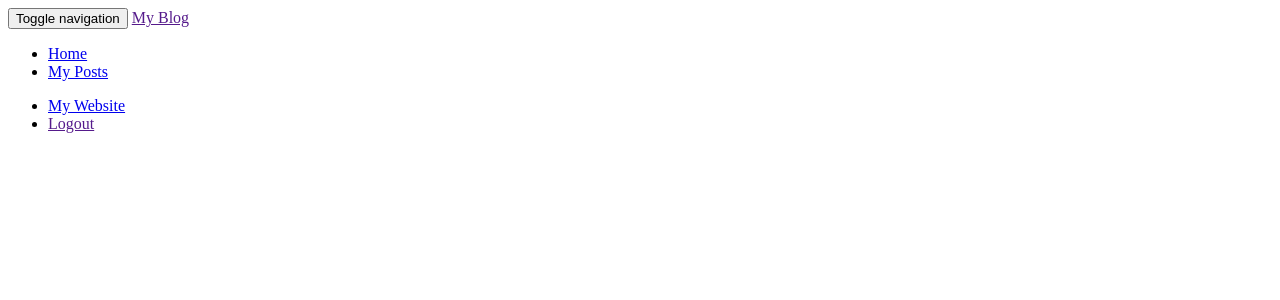
Repository: AnnieFisher/blog
Page: BlogMVC/WebContent/nav.html
An editor plug-in stored every save of this project. The page is shown before and after the next save, followed by the edit.
The browser window is 1280 px wide. The pictures show the whole page.

Above is the page before, as saved 2016-12-21 03:15:05.

After the next save:
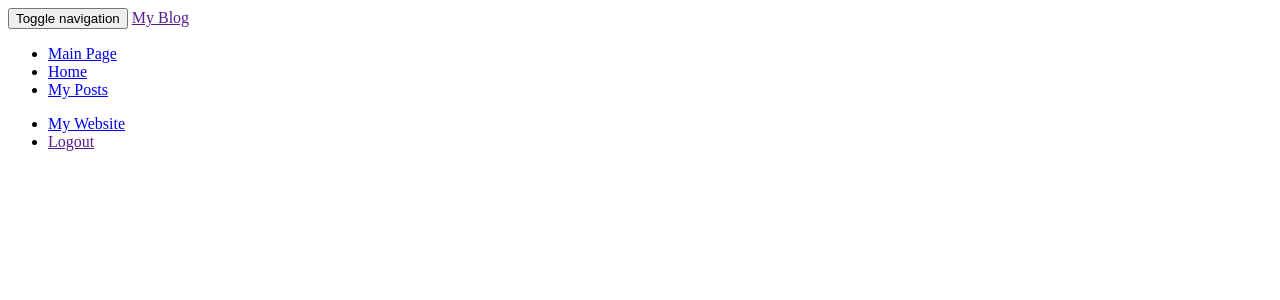
Saved 38 s later.
--- a/BlogMVC/WebContent/nav.html
+++ b/BlogMVC/WebContent/nav.html
@@ -13,6 +13,7 @@
           </div>
           <div id="navbar" class="navbar-collapse collapse">
             <ul class="nav navbar-nav">
+            	  <li class="active"><a href="#/general">Main Page</a></li>
               <li class="active"><a href="#/home">Home</a></li>
               <li class="active"><a href="#/posts">My Posts</a></li>
             </ul>
